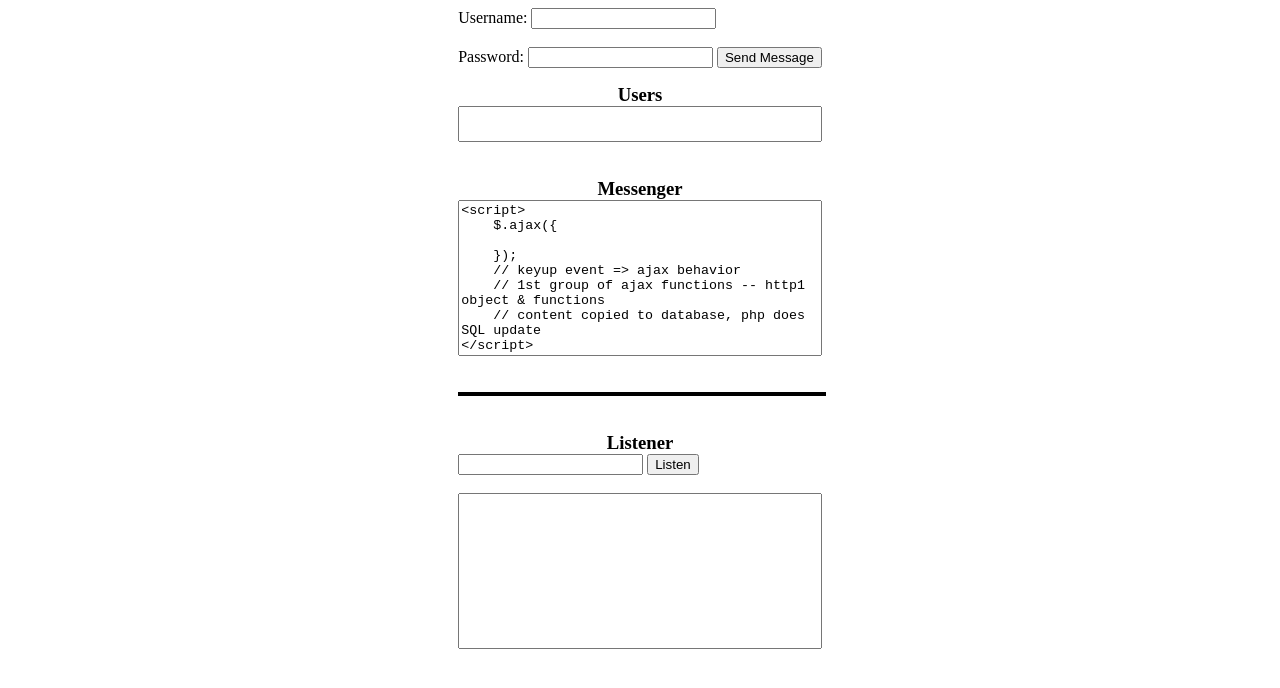
Repository: hosua/it-202
Page: http://localhost/
An editor plug-in stored every save of this project. The page is shown before and after the next save, followed by the edit.
The browser window is 1280 px wide. The pictures show the whole page.
The page is run by PHP 8.4 with error messages shown; the project is at /var/www/html/. Queries for data that is not in the repository find no rows.

Above is the page before, as saved 2022-12-02 05:53:57.

After the next save:
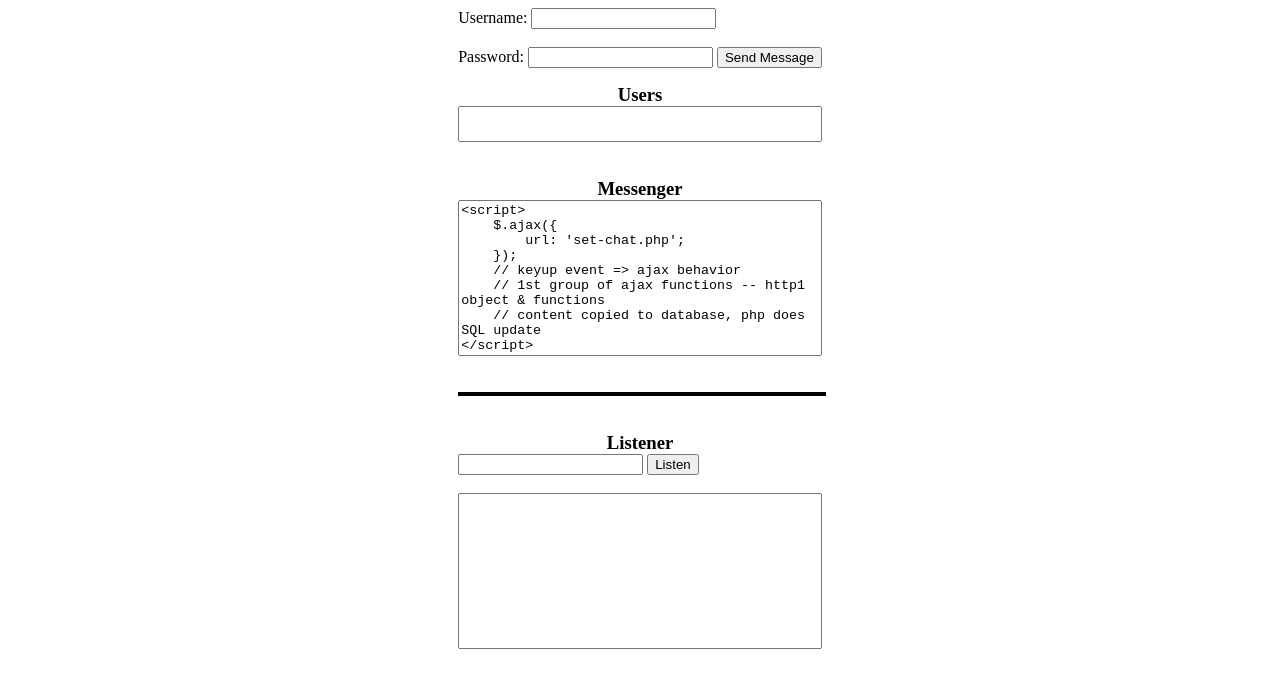
Saved 10 s later.
--- a/assign5/index.php
+++ b/assign5/index.php
@@ -38,7 +38,7 @@ while ($row = $query_res->fetch_assoc()) {
 <textarea id=messenger name=messenger cols=40 rows=10>
 <script>
     $.ajax({
-
+        url: 'set-chat.php';
     });
     // keyup event => ajax behavior
     // 1st group of ajax functions -- http1 object & functions
